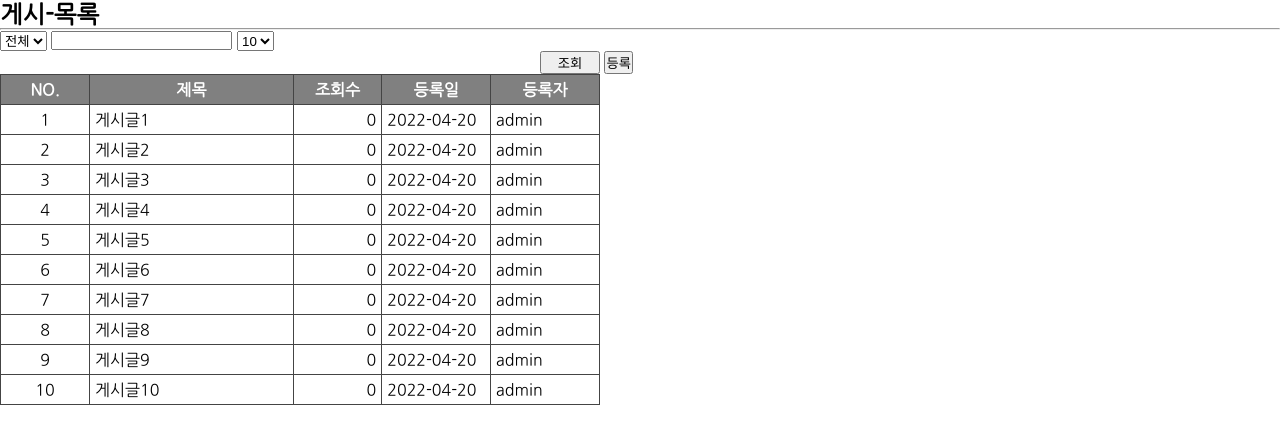
Repository: dongseon-git/WEB_JSP
Page: workspace/studyhtml5/WebContent/template/board_list_test01.html
An editor plug-in stored every save of this project. The page is shown before and after the next save, followed by the edit.
The browser window is 1280 px wide. The pictures show the whole page.

Above is the page before, as saved 2022-05-18 08:10:52.

After the next save:
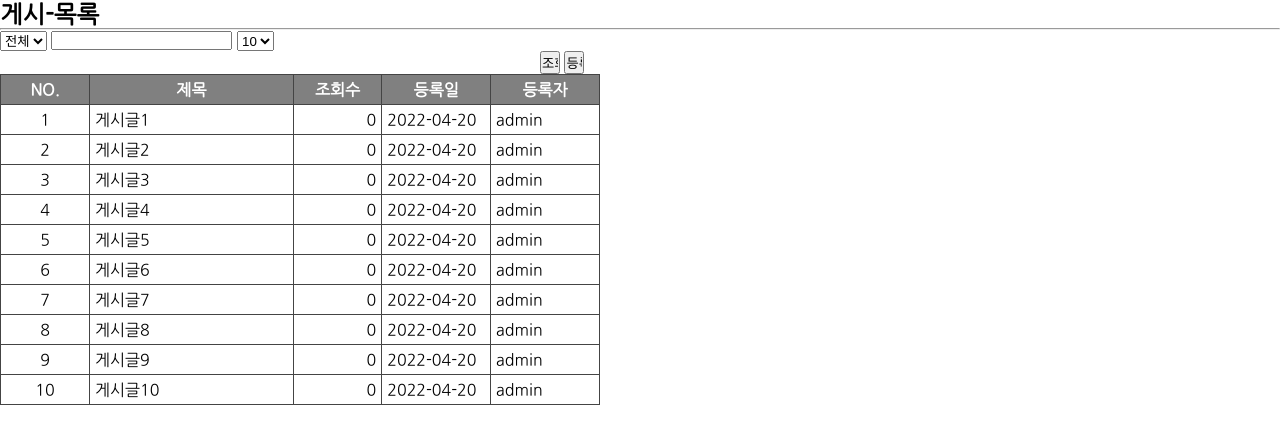
Saved 19 s later.
--- a/workspace/studyhtml5/WebContent/template/board_list_test01.html
+++ b/workspace/studyhtml5/WebContent/template/board_list_test01.html
@@ -52,8 +52,8 @@ div>input{
 
     </select>
     <div>
-    <input type=button style="width:60px" value="조회" id="doRetrieve"  >
-    <input type="button" value="등록" id="moveToReg" size=20 >
+    <input type=button style="width:20px" value="조회" id="doRetrieve"  >
+    <input type=button style="width:20px" value="등록" id="moveToReg" size=20 >
     </div>
    </form>
    <!--// 검색 ------------------------------------------------------------------>
